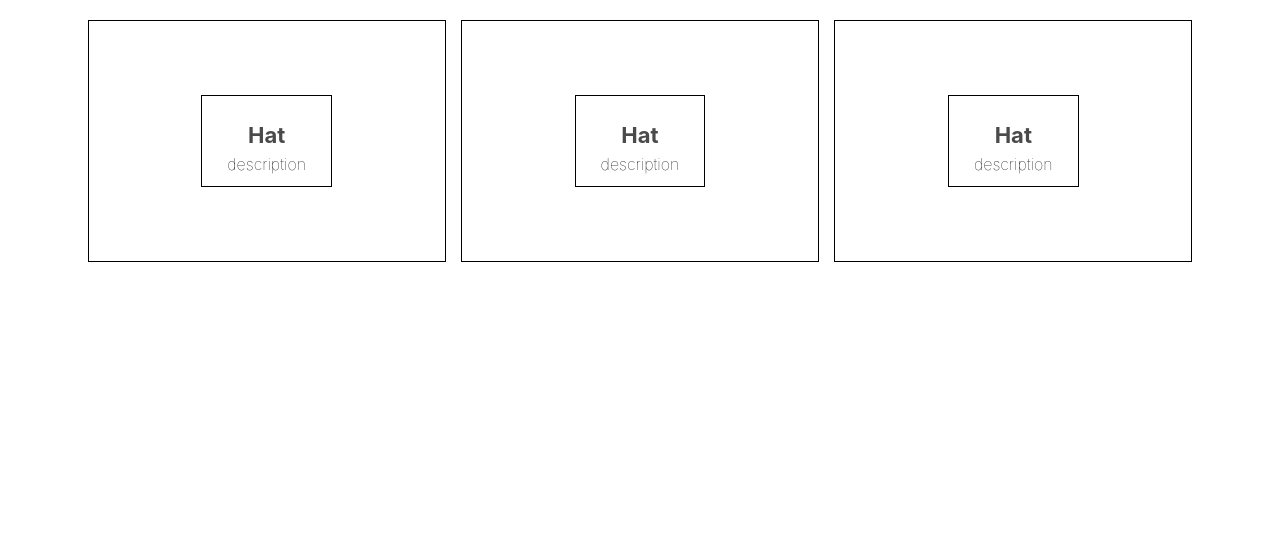
Repository: DongKhuongThai/E-Commerce
Page: /
An editor plug-in stored every save of this project. The page is shown before and after the next save, followed by the edit.
The browser window is 1280 px wide. The pictures show the whole page.
The project was rebuilt for these pictures with package versions that can differ from the ones it lists, and the page was loaded fresh each time.

Above is the page before, as saved 2019-08-06 10:25:39.

After the next save:
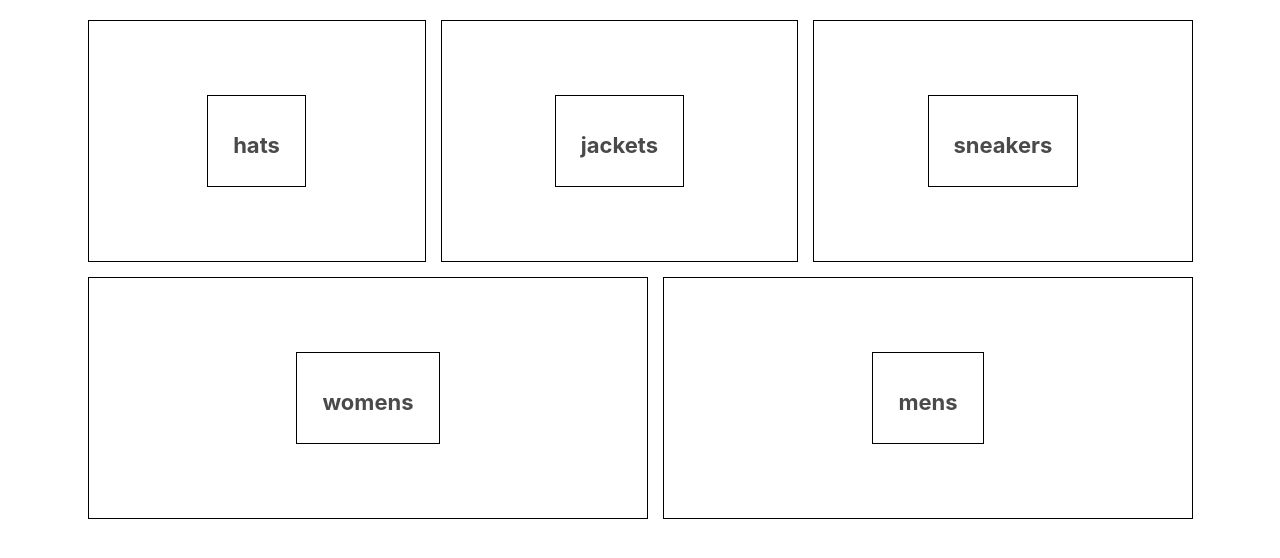
Saved 4 min 2 s later.
--- a/src/components/directory/directory.component.jsx
+++ b/src/components/directory/directory.component.jsx
@@ -45,9 +45,9 @@ class Directory extends React.Component {
     render(){
         return (
             <div className="directory-menu">
-                <MenuItem title="Hat" subtitle="description"></MenuItem>
-                <MenuItem title="Hat" subtitle="description"></MenuItem>
-                <MenuItem title="Hat" subtitle="description"></MenuItem>
+                {this.state.sections.map(({title,imageUrl,linkUrl,id})=>(
+                    <MenuItem key={id} title={title} imageUrl={imageUrl} linkUrl={linkUrl}></MenuItem>
+                ))}
             </div>
         );
     }
